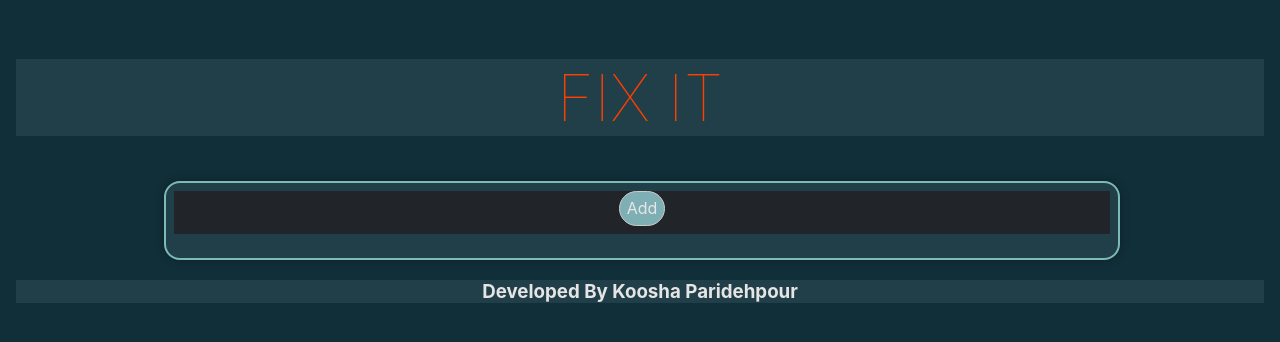
Repository: KooshaPari/fixit-go
Page: / (app in frontend/)
The author's editor kept a copy of each file at every save. The page is drawn from the files as they stood at one save, then again after the next save.
The browser window is 1280 px wide. The pictures show the whole page.
The page's requests for data from a server got no answer. The project was rebuilt for these pictures with package versions that can differ from the ones it lists, and the page was loaded fresh each time. No one was signed in, and anything a server would have sent is missing.

Above is the page before, as saved 2024-09-24 23:28:11.

After the next save:
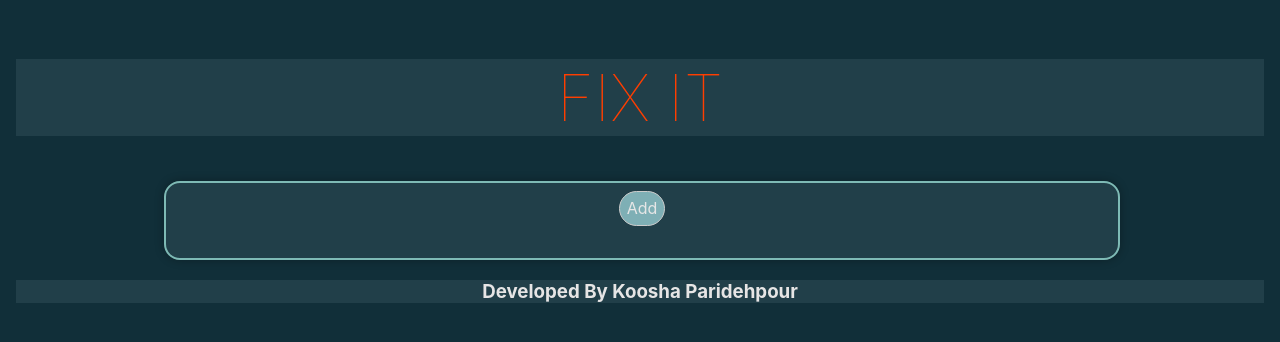
Saved 4 s later.
--- a/frontend/src/App.svelte
+++ b/frontend/src/App.svelte
@@ -147,9 +147,7 @@
 					>
 				</form>
 			</Modal>
-			<div
-				style="box-sizing: border-box; background-color:#212529;  position: sticky; top: 0; "
-			>
+			<div style=" position: sticky; top: 0; ">
 				<button
 					on:click={() => {
 						showCreateModal = true;
